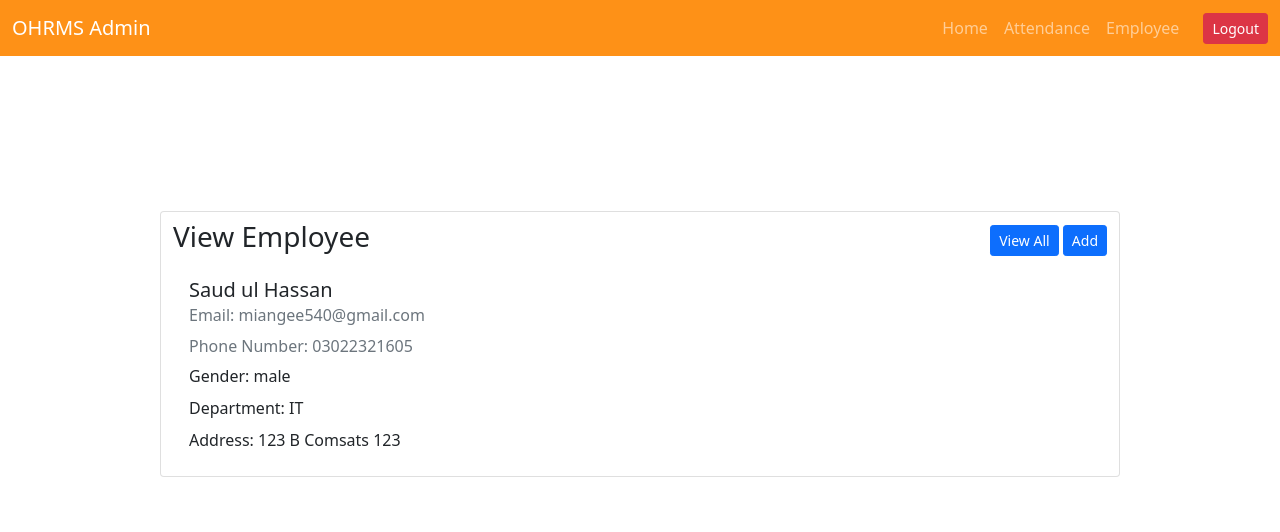
Repository: SaudCh/PHP-OHRMS
Page: http://localhost/admin/view-employee?id=49
The author's editor kept a copy of each file at every save. The page is drawn from the files as they stood at one save, then again after the next save.
The browser window is 1280 px wide. The pictures show the whole page.
Some web libraries are served in a nearby version. The page is run by PHP 8.4 with error messages shown; the project is at /var/www/html/. The session is filled in as if someone had signed in: {"admin": "admin@ohrm.com"}. The database holds what the project's SQL file puts in it.

Above is the page before, as saved 2022-06-06 00:38:10.

After the next save:
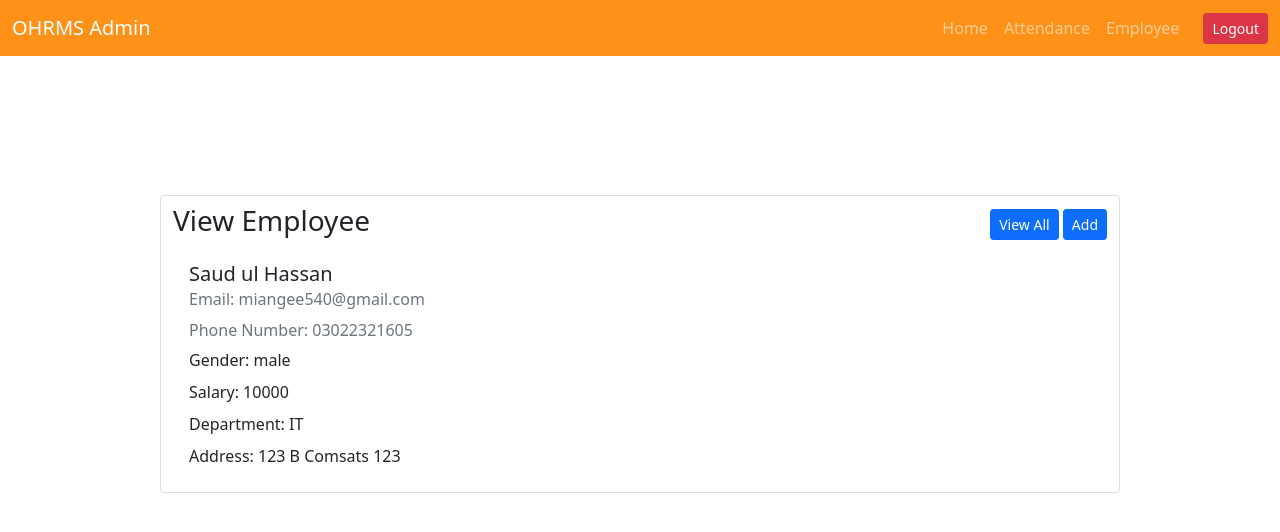
Saved 54 s later.
--- a/admin/view-employee.php
+++ b/admin/view-employee.php
@@ -36,6 +36,7 @@
                             <h6 class="card-subtitle mb-3 text-muted">Email: <?= $row['emailAddress'] ?></h6>
                             <h6 class="card-subtitle mb-2 text-muted">Phone Number: <?= $row['phoneNumber'] ?></h6>
                             <p class="card-text p-0 m-0 mb-2">Gender: <?= $row['gender'] ?></p>
+                            <p class="card-text p-0 m-0 mb-2">Salary: <?= $row['salary'] ?></p>
                             <p class="card-text p-0 m-0 mb-2">Department: <?= $row['department'] ?></p>
                             <p class="card-text p-0 m-0 mb-2">Address: <?= $row['address'] ?></p>
                         </div>
